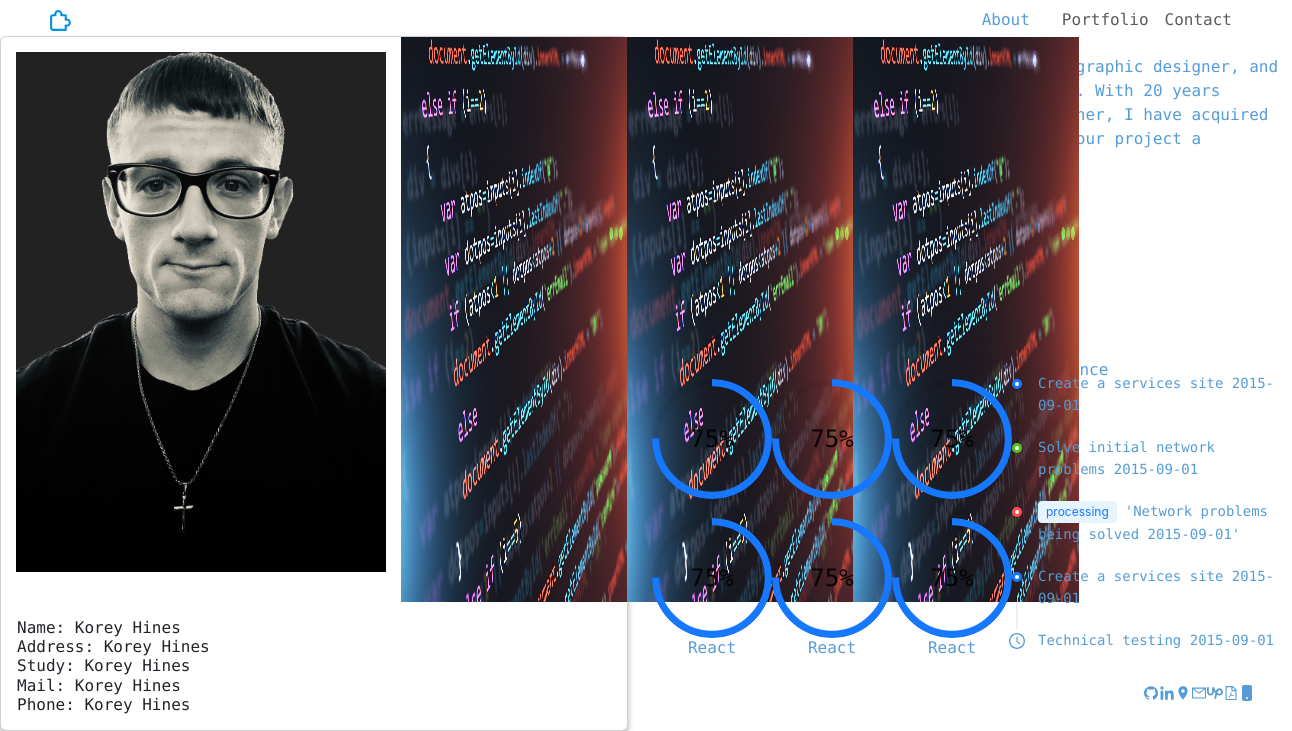
Repository: devkthines/next-portfolio-v2
Page: /about
An editor plug-in stored every save of this project. The page is shown before and after a run of saves, followed by the edit.
The browser window is 1280 px wide. The page is 1292 px wide, so the pictures cover 1292 px, including what lies to the right of the window. The pictures show the whole page.
The project was rebuilt for these pictures with package versions that can differ from the ones it lists, and the page was loaded fresh each time. The framework's server and built-in components were replaced by stand-ins that run in the browser. Also part of the build but not shown: next.config.js.

Above is the page before, as saved 2023-09-25 21:28:27.

### src/app/layout.tsx
import 'bootstrap/dist/css/bootstrap.css';
import './globals.css'
import '../../css/style.css'
import '../../css/mobile.css'
import type { Metadata } from 'next'
import { Inter } from 'next/font/google'
import TopNav from './components/topNav'
import Footer from './components/footer'
import BottomNav from './components/bottomNav'
// Put any other imports below so that CSS from your
// components takes precedence over default styles.
const inter = Inter({ subsets: ['latin'] })

export const metadata: Metadata = {
  title: "&lt;Korey ❤️ Coding/&gt;",
  description: 'Generated by create next app',
  icons: '/puzzle-piece.svg'
}

export default function RootLayout({
  children,
}: {
  children: React.ReactNode
}) {
  return (
    <html lang="en">
      <head>
        <link rel="shortcut icon" href="/puzzle-piece.svg" type="image/x-icon" />
      </head>
      <body className={inter.className}>
        <TopNav />
        {children}
        <Footer />
        <BottomNav />
      </body>
    </html>
  )
}

### src/app/about/page.js
'use client'
import Container from 'react-bootstrap/Container';
import Row from 'react-bootstrap/Row';
import Col from 'react-bootstrap/Col';
import Button from 'react-bootstrap/Button';
import Card from 'react-bootstrap/Card';
import { Progress, Space } from 'antd';
import { ClockCircleOutlined } from '@ant-design/icons';
import { Timeline } from 'antd';
import Image from 'next/image';
import { Descriptions } from 'antd';
import { Divider, Tag } from 'antd'
import {CaretRightOutlined} from '@ant-design/icons'
const items = [
  {
    key: '1',
    label: 'Name',
    children: 'Zhou Maomao',
  },
  {
    key: '2',
    label: 'Telephone',
    children: '209-366-9363',
  },
  {
    key: '3',
    label: 'Study',
    children: 'Software Engineering',
  },
  {
    key: '4',
    label: 'email',
    children: 'dev.kthines@gmail.com',
  },
  {
    key: '5',
    label: 'Address',
    children: 'Lodi, CA',
  },
];




export default function About() {

  return (
    <div id='about'>
      {/* <div> */}
        <Row>
          <Col id=''>
            <Card id='aboutcard'>
            <div className='d-flex'><Card.Img variant="top" id='aboutImg' src='/images/IMG-update.jpg' />
            <div className='d-flex'>
              <img  className='aboutImgs' src="/images/webstorm-vs-vscode.jpeg" alt="" />
              <img className='aboutImgs' src="/images/webstorm-vs-vscode.jpeg" alt="" />
              <img className='aboutImgs' src="/images/webstorm-vs-vscode.jpeg" alt="" />
            </div></div>
            <Card.Body>
              <h6>Name:  Korey Hines</h6>
              <h6>Address:  Korey Hines</h6>
              <h6>Study:  Korey Hines</h6>
              <h6>Mail:  Korey Hines</h6>
              <h6>Phone:  Korey Hines</h6>
            </Card.Body>
          </Card>
          </Col>
          <Col id='' className=''>
            <div id='abtTop' className='d-flex '><div>
              <h1>About</h1>
              <p>Hello there! My name is Alan Walker. I am
                a graphic designer, and I'm very passionate and dedicated to my work.
                With 20 years experience as a professional a graphic designer,
                I have acquired the skills and knowledge necessary to make your project a success.</p></div>
              <div className='d-flex'>
                {/* <Card className='interests'>
                  <Card.Img variant="top" className='interestImg' src='/images/IMG-update.jpg' />
                  <Card.Body>
                    <Card.Text>
                      Volunteering
                    </Card.Text>
                  </Card.Body>
                </Card>
                <Card className='interests' >
                  <Card.Img variant="top" className='interestImg' src='/images/IMG-update.jpg' />
                  <Card.Body>
                    <Card.Text>
                      All things CrossFit
                    </Card.Text>
                  </Card.Body>
                </Card> */}
              </div>
            </div>
            <div id='abtBtm' className='d-flex'>
            <div>
              <h1>Proficiencies</h1>
              <div className='d-flex'>
                <div className='text-center'><Progress strokeLinecap="butt" type="circle" percent={75} /><h6>React</h6></div>
                <div className='text-center'><Progress strokeLinecap="butt" type="circle" percent={75} /><h6>React</h6></div>
                <div className='text-center'><Progress strokeLinecap="butt" type="circle" percent={75} /><h6>React</h6></div>
              </div>
              <div className='d-flex'>
                <div className='text-center'><Progress strokeLinecap="butt" type="circle" percent={75} /><h6>React</h6></div>
                <div className='text-center'><Progress strokeLinecap="butt" type="circle" percent={75} /><h6>React</h6></div>
                <div className='text-center'><Progress strokeLinecap="butt" type="circle" percent={75} /><h6>React</h6></div>
              </div>
            </div>
            <div> <h1>Experience</h1>
              <Timeline
                // mode="alternate"
                items={[
                  {
                    children: 'Create a services site 2015-09-01',
                  },
                  {
                    children: 'Solve initial network problems 2015-09-01',
                    color: 'green',
                  },
                  {
                    color: 'red',
                    children: <><Tag bordered={false} color="processing">
                      processing
                    </Tag>'Network problems being solved 2015-09-01'</>,
                  },
                  {
                    children: 'Create a services site 2015-09-01',
                  },
                  {
                    dot: <ClockCircleOutlined style={{ fontSize: '16px' }} />,
                    children: 'Technical testing 2015-09-01',
                  },
                ]}
              />
            </div>
            </div>
          </Col>
        </Row>
      {/* </div> */}
    </div>
  )
}

### css/style.css
* {
    box-sizing: border-box;
    margin: 0;
    padding: 0;
    font-family: Consolas, "Courier New", monospace;
    /* background-color: #222222; */
    color: #569cd6;

}

body {
    background-color: white;
}

.infoSection {
    /* width: 80vw; */
    height: 90vh;
    /* display: flex; */
    /* justify-content: center; */
    /* margin-bottom: 20vh; */
    background-color: #222222;
    border-bottom: 3px solid #569cd6;
}

#infoCol {
    display: flex;
    justify-content: center;
}

.aboutSection {
    /* width: 80vw; */
    padding-top: 100px;
    /* height: 70vh; */
    background: linear-gradient(#222222, rgb(24, 24, 24));
}

#portrait {
    width: 40vw;
    height: 80vh;
    /* border-radius: 0 0 2rem 2rem; */
}

#portraitCol {
    display: flex;
    justify-content: center;
}

#portrait:hover {
    transform: rotateX(180deg);
}

.imgTest {
    margin: 10px;
}

.imgTest:active {
    flex-grow: 10000;
    transform: scale(1);

    max-width: 600px;
    margin: 0px;
    border-radius: 40px;

    background-size: auto 100%;
}

.tab-content {
    height: 100% !important;
    margin-left: 25% !important;
}

/* .color-change{
    background-color: greenyellow;
} */
.noShow {
    display: none;
}

.buttonShow {
    display: block;
}

#tile1 {
    width: 700px;
    height: 500px;
}

#experience {
    padding-top: 50px;
    height: auto;
}

main {
    display: flex;
    flex-direction: column;
    justify-content: center;
    align-items: center;
}

.middle {
    transition: .5s ease;
    opacity: 0;
    position: absolute;
    top: 50%;
    left: 50%;
    transform: translate(-50%, -50%);
    -ms-transform: translate(-50%, -50%);
    text-align: center;
}

#imageTile1 {
    position: relative;
    width: 40vw;
    height: 70vh;
}

#tile1 {
    width: 100%;
    height: 100%;
}

#imageTile1:hover #tile1 {
    opacity: 0.3;
}

#imageTile1:hover .middle {
    opacity: 1;
}

.text {
    background-color: #04AA6D;
    color: white;
    font-size: 16px;
    padding: 16px 32px;
}

#no-expand {
    display: none;

}

#expandIt {
    display: block;
}

.no-Display {
    display: none;
}

.okToDisplay {
    display: block;
}

a.nav-link {
    color: #569cd6;
}


#topNav {
    background-color: white;
    display: none;
    /* position: fixed; */
    /* top: 0; */
    width: 100%;
    height: 5vh;
}

#footer {
    display: flex;
    justify-content: space-between;
    padding: 0 25px;
}

#bottomNav {
    display: flex;
    position: fixed;
    bottom: 0;
    width: 100%;
    background-color: white;
    font-size: 16px;
}
#about{
    /* margin-top: 10vh; */
    height: 90vh;
    /* overflow: hidden; */
}

#aboutImg{
    width: 400px;
    /* height: ; */
    padding: 15px 15px 30px;
}
#aboutcard{
    box-shadow: 0 4px 6px rgba(0, 0, 0, .3);
    /* height: fit-content; */
    /* width: 400px; */

}
.interests{
    width: 200px;
    height: 300px;
}
.interestImg{
    width: 200px;
    height: 200px;
}
#abtTop{
    height: 45vh;
}
#abtBtm{
    height: 45vh;
}
#abtLeft{
    /* width: 25vw; */
}
#abtRight{
    /* width: 75vw; */
}
.aboutImgs{
    width: ;
}

### css/mobile.css
@media screen and (min-width: 640px){

    /* background-color: green!important; */
    #portrait{
        width: 500px;
        height: 500px;
        /* border-radius: 0 0 2rem 2rem; */

    }

main{
    /* color: white!important; */
}
}
@media screen and (min-width: 768px){
#portraitCol{

    justify-content: start;
}
#infoCol{
    justify-content: end;
    /* text-align: end; */
}
}
@media screen and (min-width: 1024px){
    #portrait{
        width: 600px;
        height: 600px;
        /* border-radius: 0 0 2rem 2rem; */
    }
    #topNav{
        display:flex ;
    }
    #bottomNav{
        display: none;
    }
}
@media screen and (min-width: 1280px){

}
@media screen and (min-width: 1536px){

}

### src/app/components/topNav.js
'use client';
import Nav from 'react-bootstrap/Nav';
import Image from 'next/image';


export default function TopNav(){

    return(
        <header>
        {/* <Navbar id='topNav' className={`${color ? 'color-change' : ''}`} sticky='top' expand="lg" > */}

        <Nav id='topNav' variant="underline" defaultActiveKey="/home" className='d-flex justify-content-between'>
       <div className='ms-5'><Nav.Item>
          <Nav.Link href="/"><Image width={25} height={25} id='navbrand' src="/puzzle-piece.svg" alt="" /></Nav.Link>
        </Nav.Item></div>
        <div className='d-flex me-5'><Nav.Item className='px-3'>
          <Nav.Link href="/about">About</Nav.Link>
        </Nav.Item>
        <Nav.Item className='px-3'>
          <Nav.Link eventKey="disabled" disabled>
            Portfolio
          </Nav.Link>
        </Nav.Item>
        <Nav.Item>
          <Nav.Link eventKey="disabled" disabled>
            Contact
          </Nav.Link>
        </Nav.Item>
        </div>
      </Nav>
      </header>
    )
} ;

### src/app/components/footer.js
'use client'

import OverlayTrigger from 'react-bootstrap/OverlayTrigger';
import Card from 'react-bootstrap/Card';
import { AiFillGithub } from 'react-icons/ai';
import { GrLinkedinOption } from 'react-icons/gr';
import { MdVolunteerActivism } from 'react-icons/md';
import { IoLogoCss3 } from 'react-icons/io';
import { IoLogoJavascript } from 'react-icons/io';
import { CgGym } from 'react-icons/cg';
import { AiOutlineMail } from 'react-icons/ai';
import { AiOutlineFilePdf } from 'react-icons/ai';
import { BsFillPhoneFill } from 'react-icons/bs';
import { MdLocationOn } from 'react-icons/md';
import { SiUpwork } from 'react-icons/si';
// import PicOfMe from '/images/image_67220481.JPG'
import Container from 'react-bootstrap/Container';
import Row from 'react-bootstrap/Row';
import Col from 'react-bootstrap/Col';
import { useEffect } from 'react';
import Tooltip from 'react-bootstrap/Tooltip';
import $ from 'jquery'

 export default function Footer(){
    const btnName = {
        'gitHub': {
          'id': 1,
          "placement": "bottom",
          "info": "gitHub",
          "icon": <a href="https://github.com/devkthines" target='_blank'>
            <button className='quickLinks'><AiFillGithub /></button></a>
        },
        'linkedIn': {
          'id': 2,
          "placement": "bottom",
          "info": "linkedIn",
          "icon": <a href="https://www.linkedin.com/in/korey-hines-17b0a9263" target='_blank'><button className='quickLinks'><GrLinkedinOption />
          </button></a>
        },
        'gMaps': {
          'id': 3,
          "placement": "bottom",
          "info": "gMaps",
          "icon": <a href="https://goo.gl/maps/BovFkBEjUMQ6VBob9" target='_blank'>
            <button className='quickLinks'><MdLocationOn /></button></a>
        },
        'gMail': {
          'id': 4,
          "placement": "bottom",
          "info": "gMail",
          "icon": <a href="mailto:dev.kthines@gmail.com"><button className='quickLinks'><AiOutlineMail /></button></a>
        },
        'upWork': {
          'id': 5,
          "placement": "bottom",
          "info": "upWork",
          "icon": <a href="https://www.upwork.com/freelancers/~01ae4feb16c6fa7213?viewMode=1" target='_blank'>
            <button className='quickLinks'><SiUpwork /></button></a>
        },
        'redPDF': {
          'id': 6,
          "placement": "bottom",
          "info": "resume",
          "icon": <a className='aLink' target="_blank" href="/files/hinesResume.pdf">
            <button className='quickLinks'><AiOutlineFilePdf /></button></a>
        },
        'phone': {
          'id': 7,
          "placement": "bottom",
          "info": "phone",
          "icon": <a href="tel:2093669363" >  <button className='quickLinks'><BsFillPhoneFill /></button></a>
        }
      }
    return(
        <>
        <footer id='footer'><p>Copyright 2023- Korey Hines</p>
       <div> {Object.entries(btnName).map(([k, v]) => (
                <div className='d-inline-block' key={v.id}>
                  <OverlayTrigger
                    trigger="hover"
                    key={v.id}
                    placement={v.placement}
                    overlay={

                      <Tooltip id={`tooltip-${v.placement}`}>
                        {v.info}
                      </Tooltip>
                    }
                  >
                    {v.icon}
                  </OverlayTrigger>
                </div>))}
</div>
        </footer>
        </>
    )
 }

### src/app/components/bottomNav.js
'use client'
import Nav from 'react-bootstrap/Nav';
import Image from 'next/image';
export default function BottomNav(){

    return(
        <>
        <Nav id='bottomNav' className="justify-content-center" activeKey="/home">
        <Nav.Item>
          <Nav.Link href="/"><Image width={25} height={25} id='navbrand' src="/puzzle-piece.svg" alt="" /></Nav.Link>
        </Nav.Item>
        <Nav.Item>
          <Nav.Link eventKey="link-1">About</Nav.Link>
        </Nav.Item>
        <Nav.Item>
          <Nav.Link eventKey="link-2">Portfolio</Nav.Link>
        </Nav.Item>
        <Nav.Item>
          <Nav.Link eventKey="disabled" disabled>
            Contact
          </Nav.Link>
        </Nav.Item>
      </Nav>
        </>
    )
}

Loaded but not shown: src/app/globals.css (common file); tailwind.config.ts (common file)

After the next 3 saves:
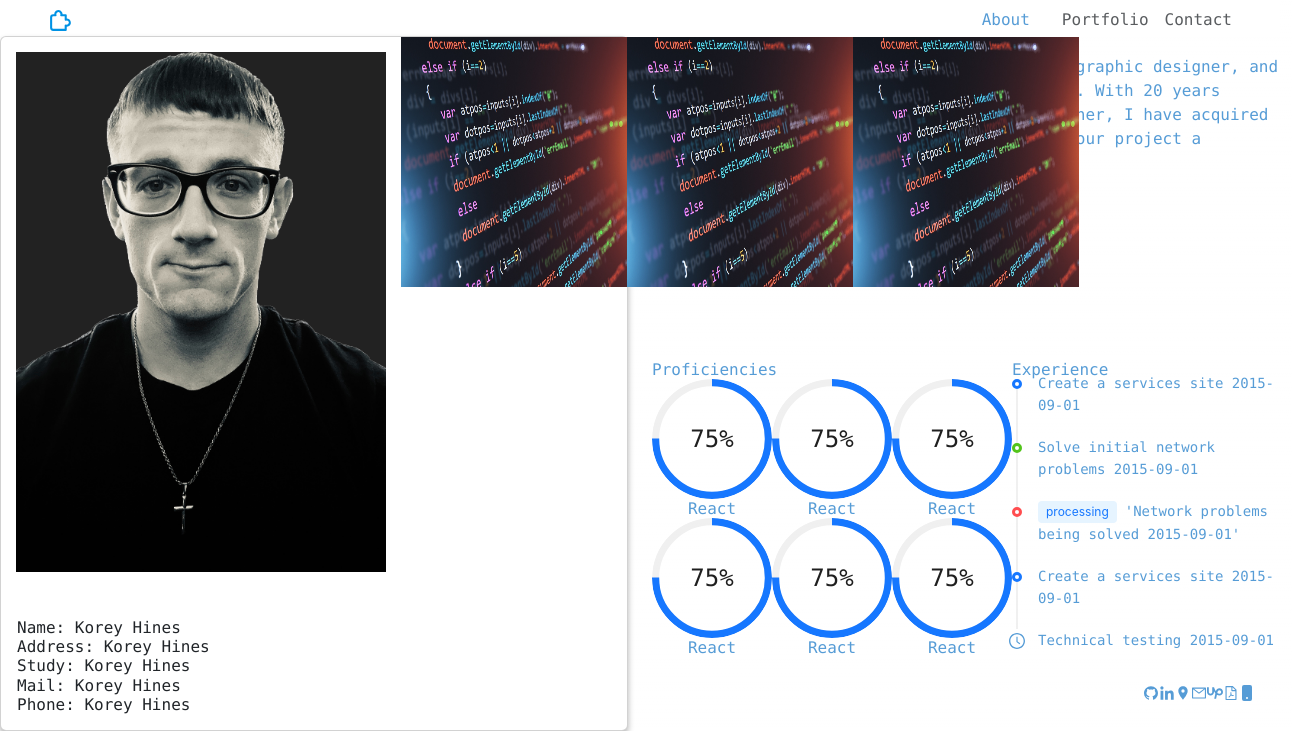
The 3 saves are shown as one change because they came seconds apart.
The last was saved 12 s later.
--- a/css/style.css
+++ b/css/style.css
@@ -217,5 +217,6 @@ a.nav-link {
     /* width: 75vw; */
 }
 .aboutImgs{
-    width: ;
-}
+    width: 250px;
+    height: 250px;
+}
